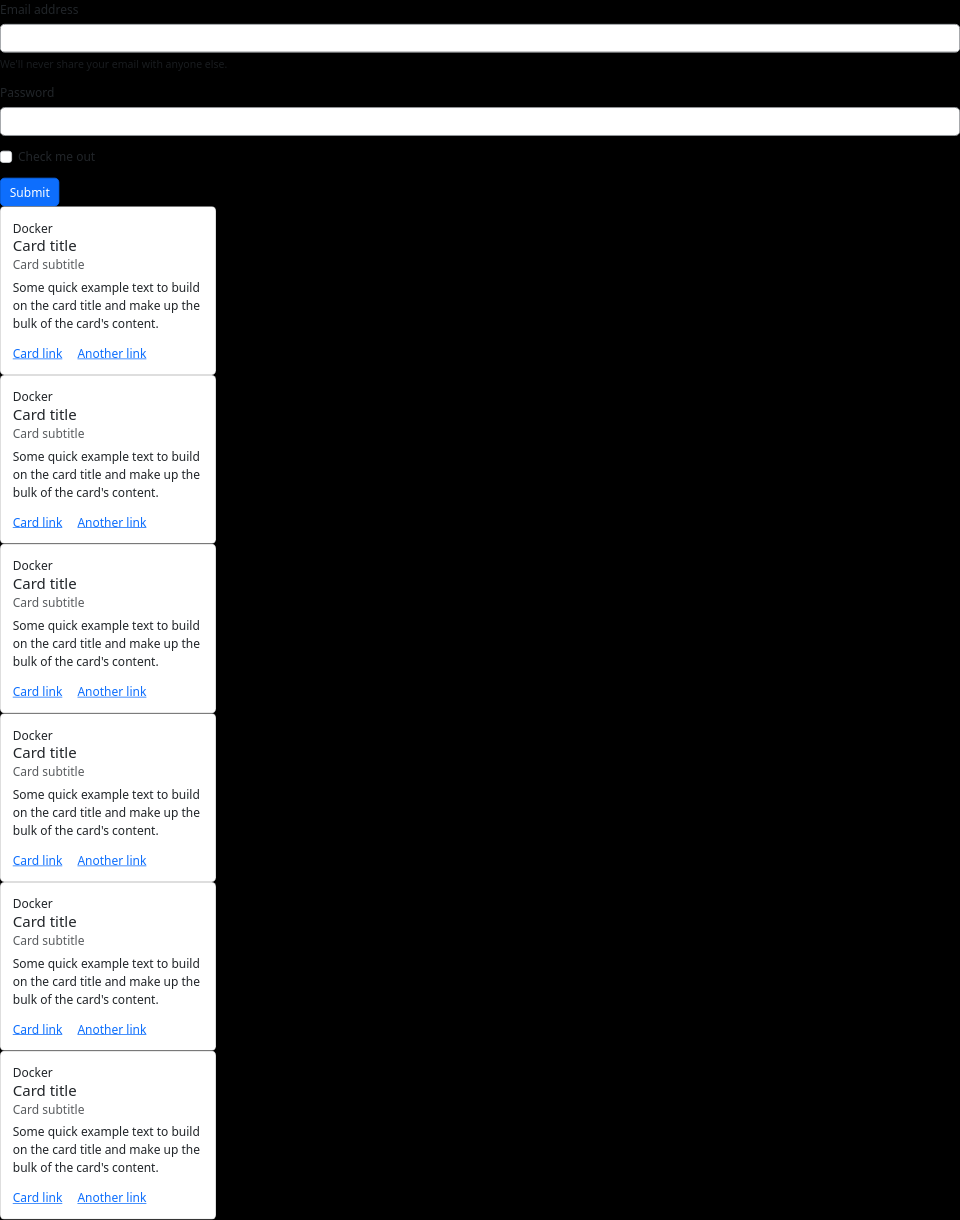
Repository: NSS-Evening-25-Cohort/e25-gitsub-control-alt-defeat
Page: index.html
An editor plug-in stored every save of this project. The page is shown before and after the next save, followed by the edit.
The browser window is 1280 px wide. The pictures show the whole page, at 75% of full size.

Above is the page before, as saved 2023-11-06 21:04:03.

### index.html
<!DOCTYPE html>
<html lang="en">
  <head>
    <meta charset="UTF-8" />
    <meta name="viewport" content="width=device-width, initial-scale=1.0" />
    <link
      rel="stylesheet"
      href="https://cdn.jsdelivr.net/npm/bootstrap@5.3.2/dist/css/bootstrap.min.css"
    />
    <link rel="stylesheet" href="main.css" />
    <title>Document</title>
  </head>
  <body>
    <form>
      <div class="mb-3">
        <label for="exampleInputEmail1" class="form-label">Email address</label>
        <input type="email" class="form-control" id="exampleInputEmail1" aria-describedby="emailHelp">
        <div id="emailHelp" class="form-text">We'll never share your email with anyone else.</div>
      </div>
      <div class="mb-3">
        <label for="exampleInputPassword1" class="form-label">Password</label>
        <input type="password" class="form-control" id="exampleInputPassword1">
      </div>
      <div class="mb-3 form-check">
        <input type="checkbox" class="form-check-input" id="exampleCheck1">
        <label class="form-check-label" for="exampleCheck1">Check me out</label>
      </div>
      <button type="submit" class="btn btn-primary">Submit</button>
    </form>
    <div id="app1"></div>
    <div id="app2"></div>

    <script src="	https://cdn.jsdelivr.net/npm/bootstrap@5.3.2/dist/js/bootstrap.bundle.min.js"></script>
    <script src="main.js"></script>
  </body>
</html>

### main.js
const packageCards =[
  {
    id: 1,
    name: "Docker",
    info: "A software platform used for building applications based on containers small and lightweight execution environments",
  },
  {
    id: 2,
    name: "Docker",
    info: "A software platform used for building applications based on containers small and lightweight execution environments"
  },
  {
    id: 3,
    name: "Docker",
    info: "A software platform used for building applications based on containers small and lightweight execution environments"
  },
  {
    id: 4,
    img: "image",
    name: "Docker",
    info: "A software platform used for building applications based on containers small and lightweight execution environments"
  },
  {
    id: 5,
    img: "image",
    name: "Docker",
    info: "A software platform used for building applications based on containers small and lightweight execution environments"
  },
  {
    id: 6,
    img: "image",
    name: "Docker",
    info: "A software platform used for building applications based on containers small and lightweight execution environments"
  },
];

const app1 = document.querySelector("#app1")
const app2 = document.querySelector("#app2")

const renderToDom = (packageCards) =>{

  let domString = "";

  for(let card of packageCards){
    domString += `<div class="card" style="width: 18rem;">
    <div class="card-body"> ${card.name}
      <h5 class="card-title">Card title</h5>
      <h6 class="card-subtitle mb-2 text-body-secondary">Card subtitle</h6>
      <p class="card-text">Some quick example text to build on the card title and make up the bulk of the card's content.</p>
      <a href="#" class="card-link">Card link</a>
      <a href="#" class="card-link">Another link</a>
    </div>
  </div>`
  }
  const app1 = document.querySelector("#app1")
  app1.innerHTML = domString
}
renderToDom(packageCards)

Loaded but not shown: main.css (common file)

After the next save:
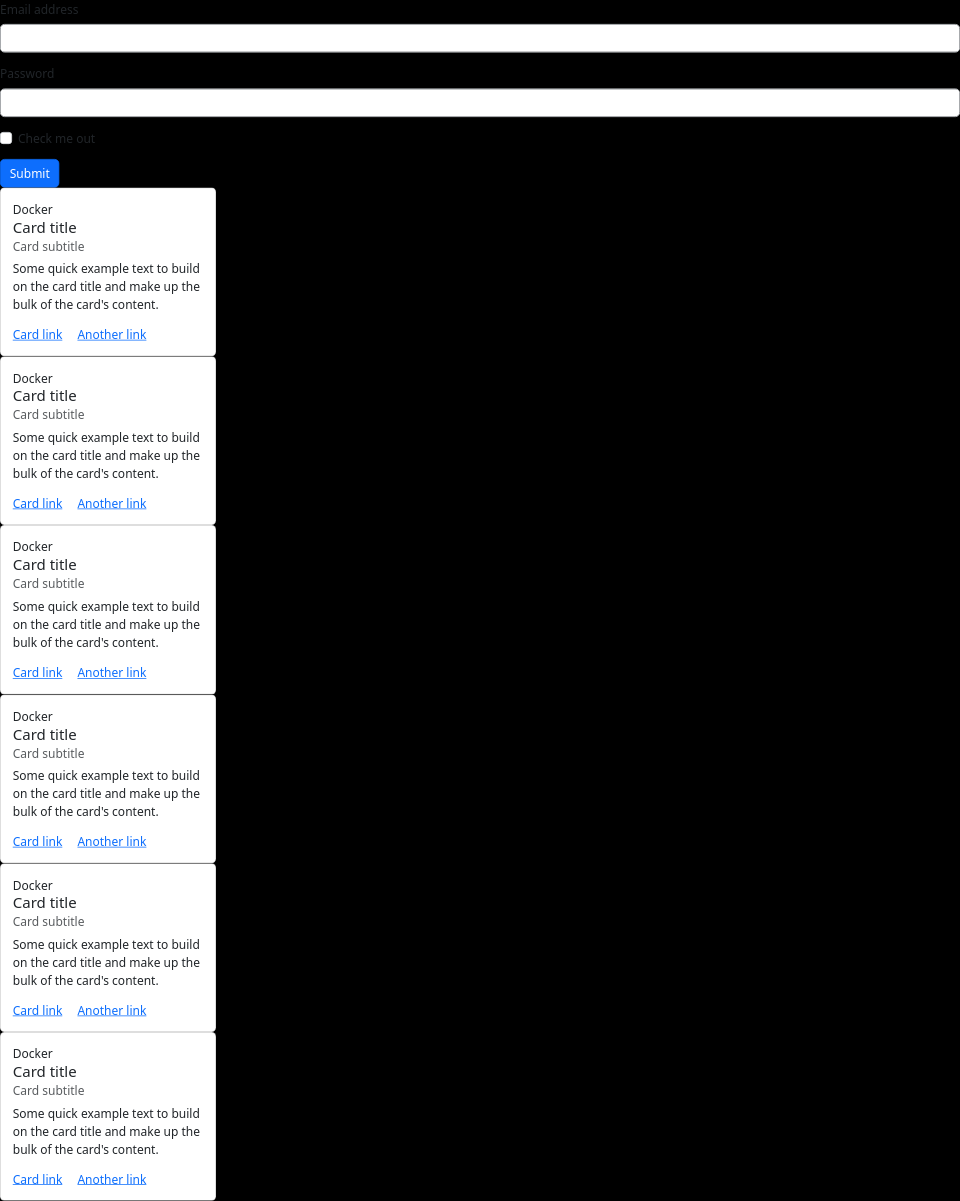
Saved 15 s later.
--- a/index.html
+++ b/index.html
@@ -15,7 +15,6 @@
       <div class="mb-3">
         <label for="exampleInputEmail1" class="form-label">Email address</label>
         <input type="email" class="form-control" id="exampleInputEmail1" aria-describedby="emailHelp">
-        <div id="emailHelp" class="form-text">We'll never share your email with anyone else.</div>
       </div>
       <div class="mb-3">
         <label for="exampleInputPassword1" class="form-label">Password</label>
